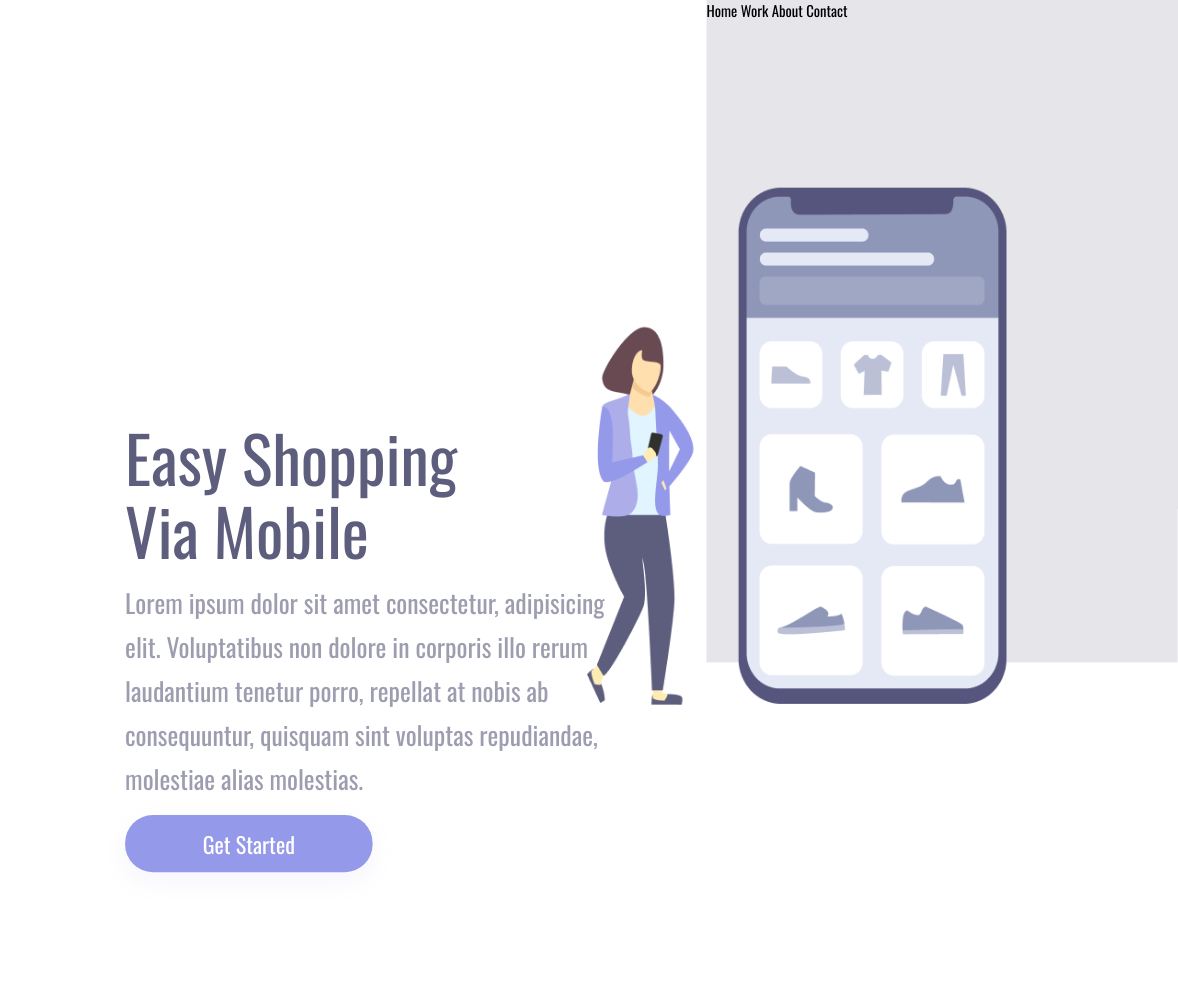
Repository: DihOliver/Projeto-Responsivo
Page: index.html
The author's editor kept a copy of each file at every save. The page is drawn from the files as they stood at one save, then again after the next save.
The browser window is 1280 px wide. The pictures show the whole page, at 92% of full size.
Some web fonts or font styles are not loaded; a fallback is used.

Above is the page before, as saved 2023-06-06 22:44:09.

### index.html
<!DOCTYPE html>
<html lang="en">
  <head>
    <meta charset="UTF-8" />
    <meta http-equiv="X-UA-Compatible" content="IE=edge" />
    <meta name="viewport" content="width=device-width, initial-scale=1.0" />
    <link rel="stylesheet" href="./styles.css" />
    <link rel="preconnect" href="https://fonts.googleapis.com" />
    <link rel="preconnect" href="https://fonts.gstatic.com" crossorigin />
    <link
      href="https://fonts.googleapis.com/css2?family=Montserrat:ital,wght@0,500;0,600;0,700;0,900;1,400&family=Oswald&family=Poppins:wght@400;500;700&family=Roboto:wght@400;500;700&family=Tilt+Prism&display=swap"
      rel="stylesheet"
    />
    <title>Css - Responsividade</title>
  </head>
  <body>
    <div class="wrapper">
      <section class="container-left">
        <h1>Easy Shopping Via Mobile</h1>
        <p>
          Lorem ipsum dolor sit amet consectetur, adipisicing elit. Voluptatibus
          non dolore in corporis illo rerum laudantium tenetur porro, repellat
          at nobis ab consequuntur, quisquam sint voluptas repudiandae,
          molestiae alias molestias.
        </p>
        <button>Get Started</button>
      </section>
      <section class="container-rigth">
        <header>
          <a>Home</a>
          <a>Work</a>
          <a>About</a>
          <a>Contact</a>
        </header>
        <img alt="Girl=cellphone.png" src="./img/girl-cellphone.png" />
      </section>
    </div>
  </body>
</html>

### styles.css
*{
    margin: 0;
    padding: 0;
    box-sizing: border-box;
    font-family: 'Oswald', sans-serif;
    font-weight: 400;
}

.wrapper {
    height: 100vh;
    width: 100vw;
}

.container-left {
    display: inline-block;
    width: 60%;
    padding: 136px;
    margin-top: 25%;

}

.container-rigth {
    display: inline-block;
    background-color: rgba(93,93,125,0.16);
    height: 100vh;
    width: 40% ;
    position: absolute;

}

img {
    position: relative;
    top: 25%;
    right: 130px;
}

h1 {
    font-weight: 400;
    font-size: 70px;
    line-height: 80px;
    color: #5D5D7D;
    width: 368px;
}

p {
    font-size: 28px;
    line-height: 48px;
    color: #5D5D7D;
    opacity: 0.6;
    margin: 15px 0;
    width: 540px;

}

button {
    width: 269px;
    height: 62px;
    background: #9499EA;
    font-size: 24px;
    line-height: 36px;
    text-align: center;
    box-shadow: 0px 10px 24px rgba(148, 153, 234, 0.0979959);
    color: #FFFFFF;
    border: none;
    border-radius: 30px;
    cursor: pointer;
    }

    button:hover {
        opacity: .8;
    }

    button:active {
        opacity: .5;
    }

    a{
        width: 59px;
    }

After the next save:
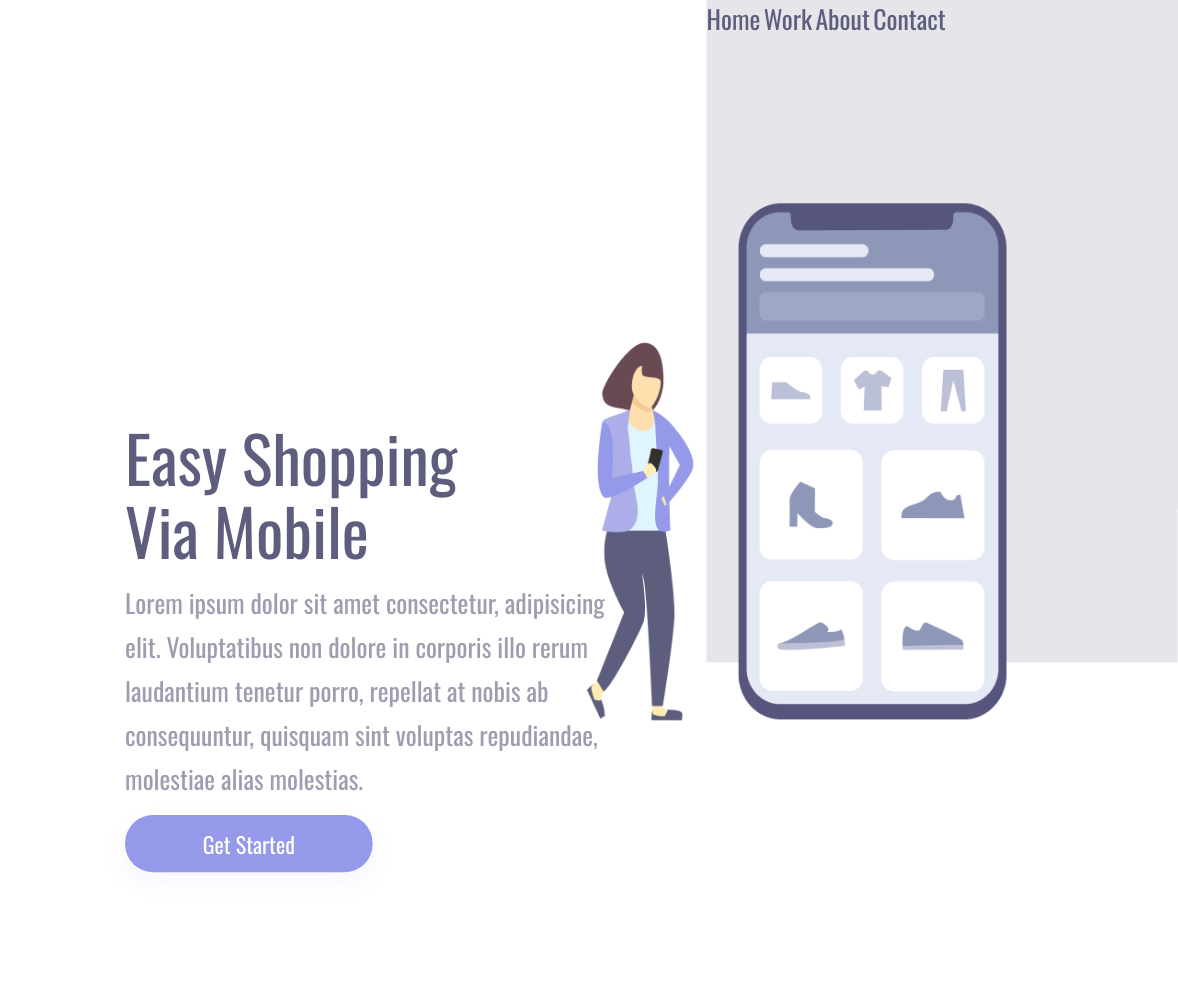
Saved 47 s later.
--- a/styles.css
+++ b/styles.css
@@ -75,5 +75,8 @@ button {
     }
 
     a{
+        font-size: 28px;
+        line-height: 41px;
+        color: #5D5D7D;
         width: 59px;
     }
